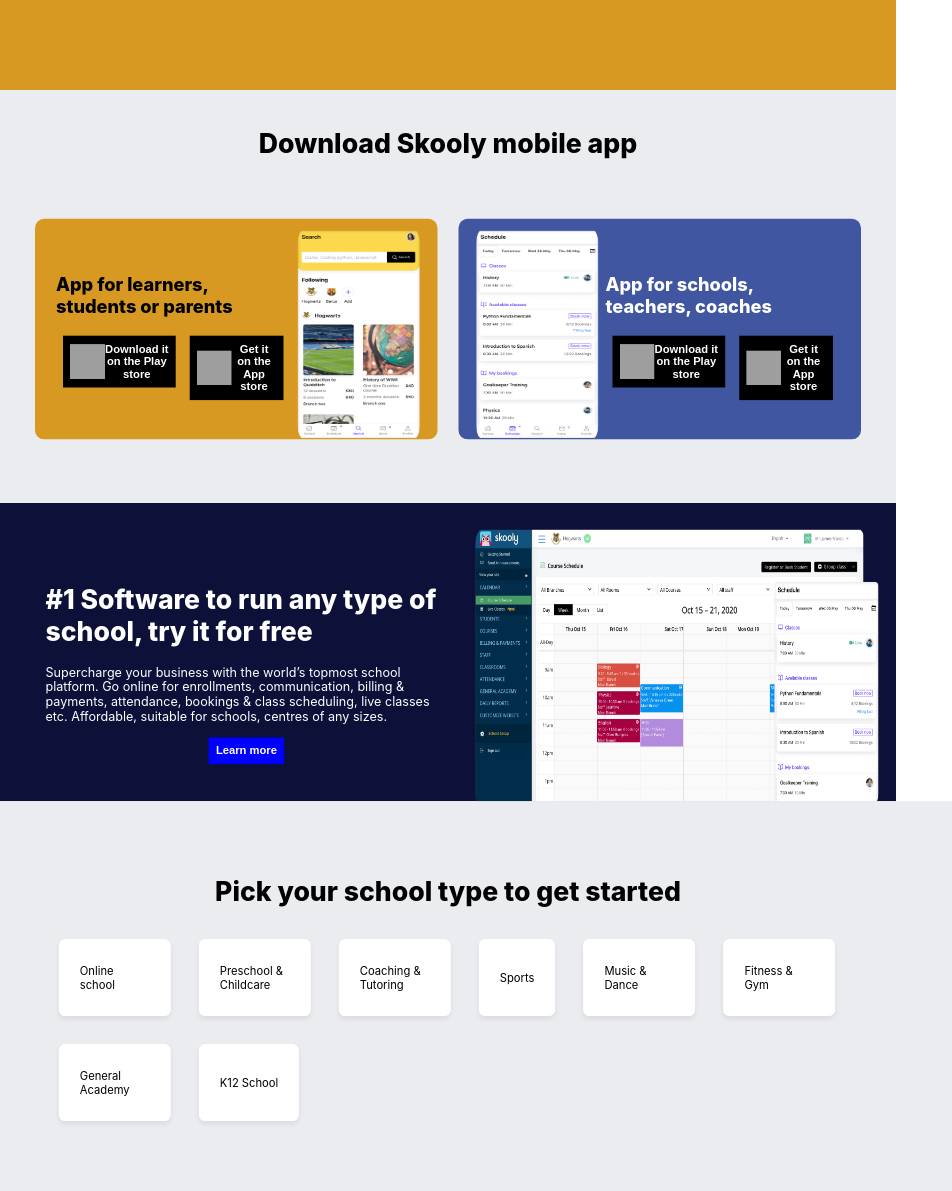
Repository: akankshaajoshi/Skooly-Clone
Page: /
An editor plug-in stored every save of this project. The page is shown before and after the next save, followed by the edit.
The browser window is 1280 px wide. The page is 1360 px wide, so the pictures cover 1360 px, including what lies to the right of the window. The pictures show the part of the page from y = 592 to 2432 px (the page is 2293 px tall before and 2432 px after), at 70% of full size.
Pictures or frames that could not be fetched are drawn as grey boxes. The project was rebuilt for these pictures with package versions that can differ from the ones it lists, and the page was loaded fresh each time. Also part of the build but not shown: craco.config.js.

Above is the page before, as saved 2023-09-15 08:09:59.

After the next save:
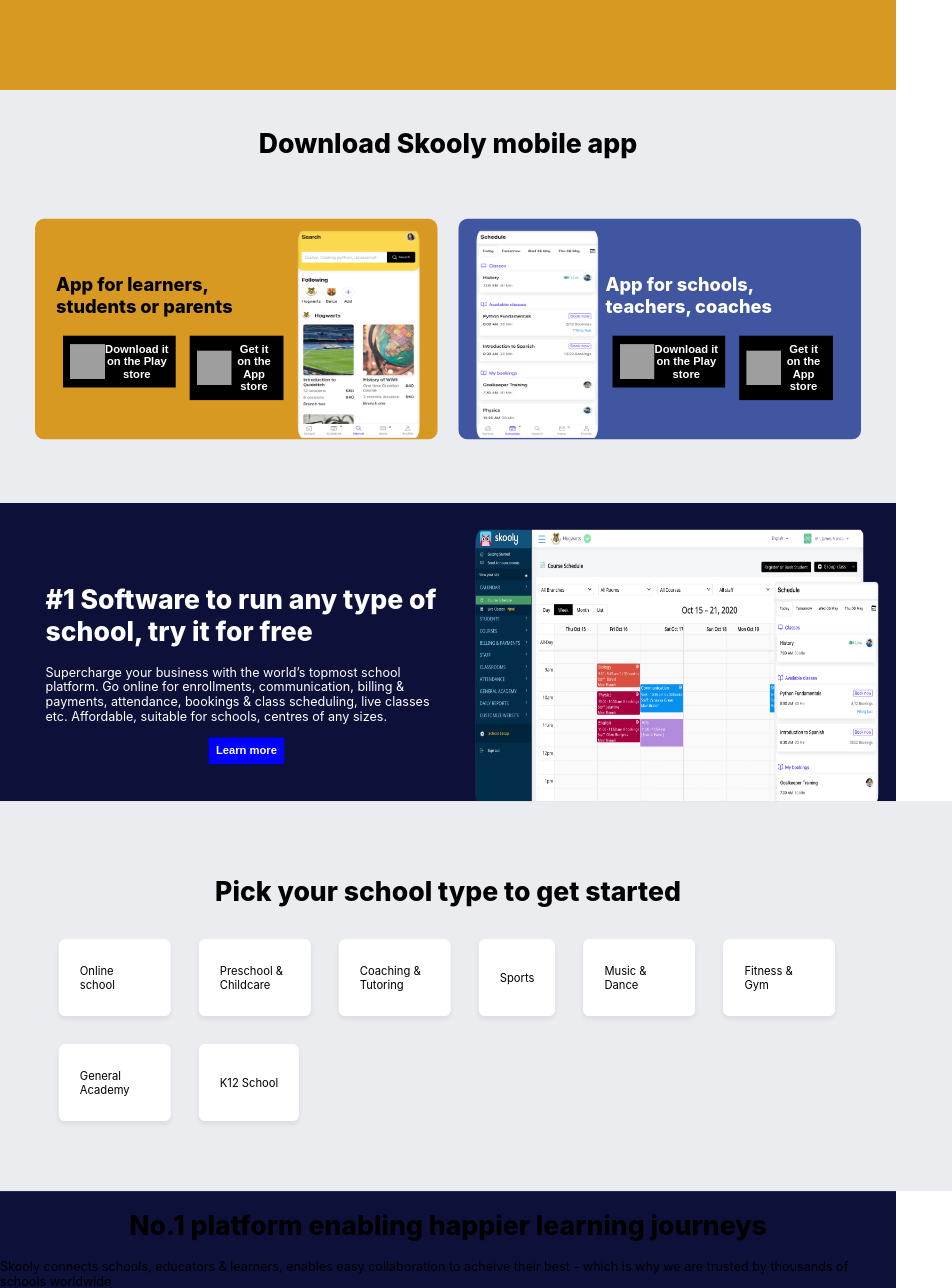
Saved 35 s later.
--- a/src/pages/Home/index.js
+++ b/src/pages/Home/index.js
@@ -4,6 +4,7 @@
 import DownloadContainer from "@/containers/DownloadContainer"
 import ForSchoolContainer from "@/containers/ForSchoolContainer"
 import SchoolTypeContainer from "@/containers/SchoolTypeContainer"
+import StatsContainer from "@/containers/StatsContainer"
 
 const index = () => {
   return (
@@ -12,6 +13,7 @@
     <DownloadContainer/>
     <ForSchoolContainer/>
     <SchoolTypeContainer/>
+    <StatsContainer/>
   </Container>
   )
 }
